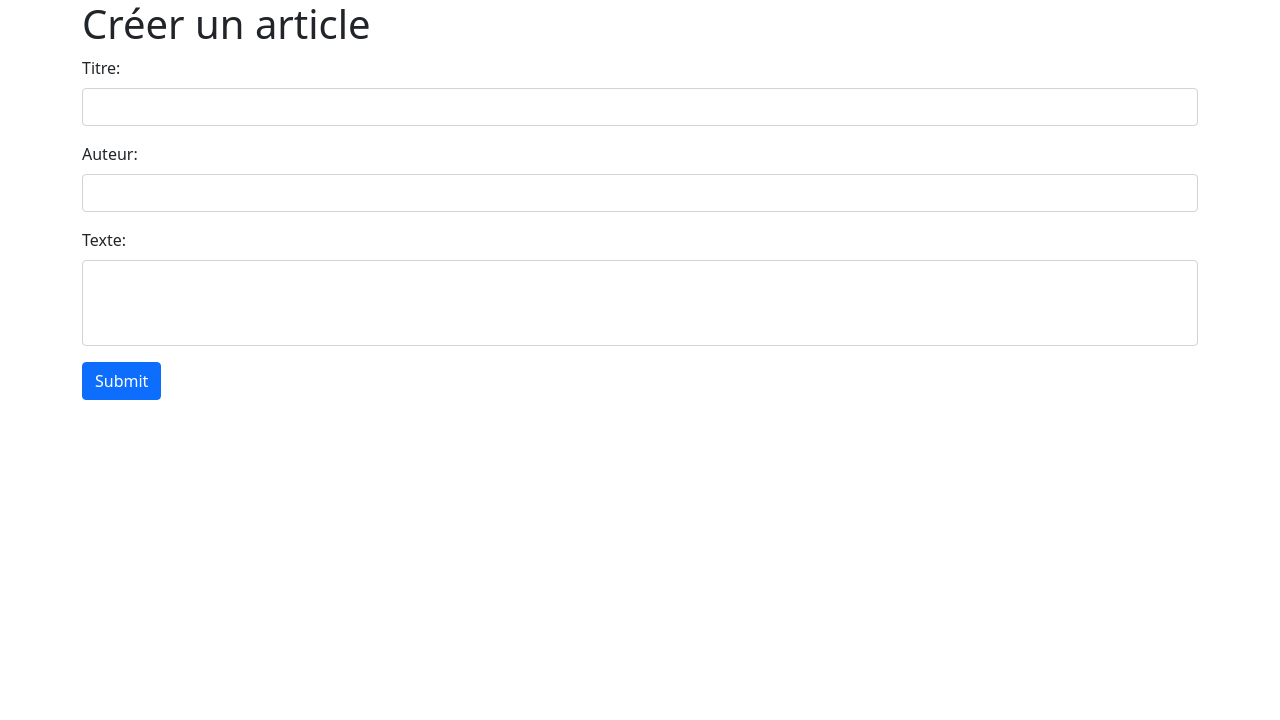
Repository: QuentinFayt/NewsWeb
Page: sources/adminNewsWeb/createArticle.html
An editor plug-in stored every save of this project. The page is shown before and after the next save, followed by the edit.
The browser window is 1280 px wide. The pictures show the whole page.

Above is the page before, as saved 2021-12-23 11:04:18.

After the next save:
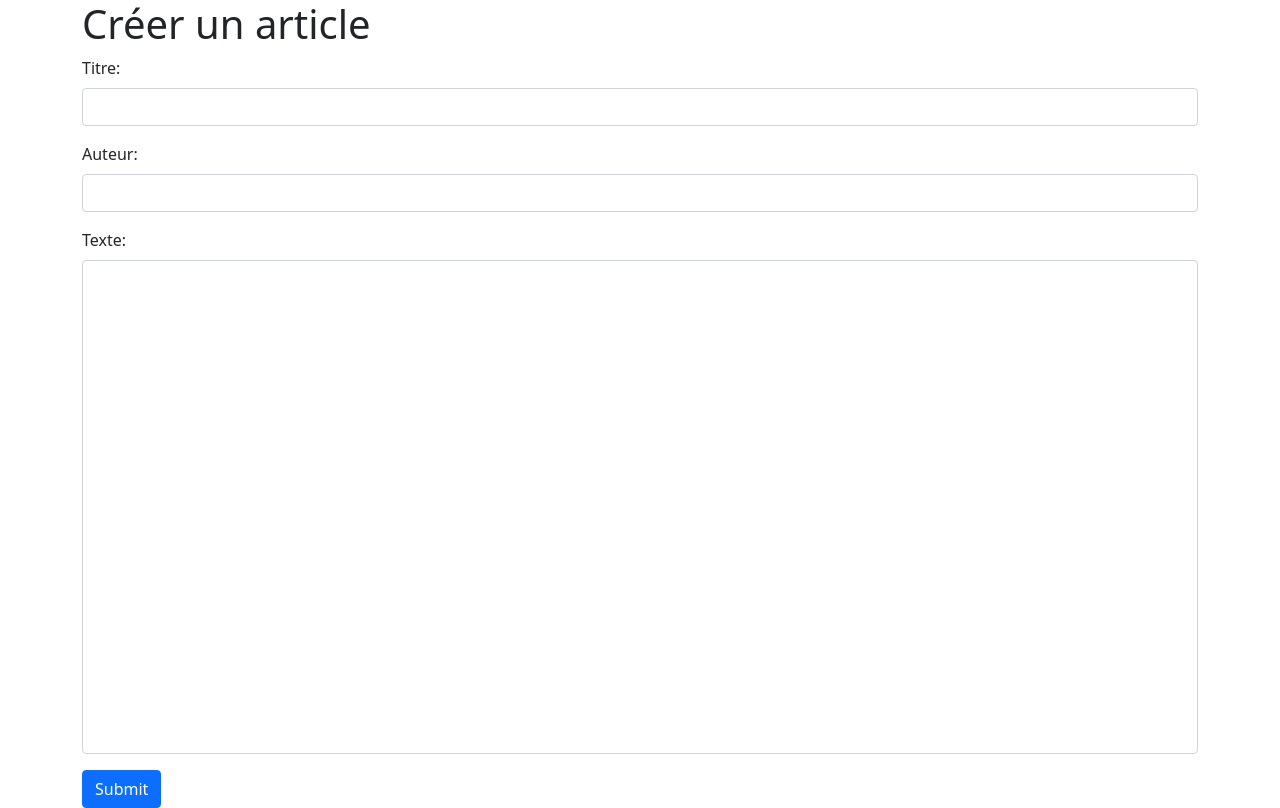
Saved 60 s later.
--- a/sources/adminNewsWeb/createArticle.html
+++ b/sources/adminNewsWeb/createArticle.html
@@ -26,7 +26,7 @@
             </div>
             <div class="mb-3">
                 <label for="text" class="form-label">Texte:</label>
-                <textarea class="form-control" id="text" rows="3" style="resize: none;" required></textarea>
+                <textarea class="form-control" id="text" rows="20" style="resize: none;" required></textarea>
             </div>
             <button type="submit" class="btn btn-primary">Submit</button>
         </form>
